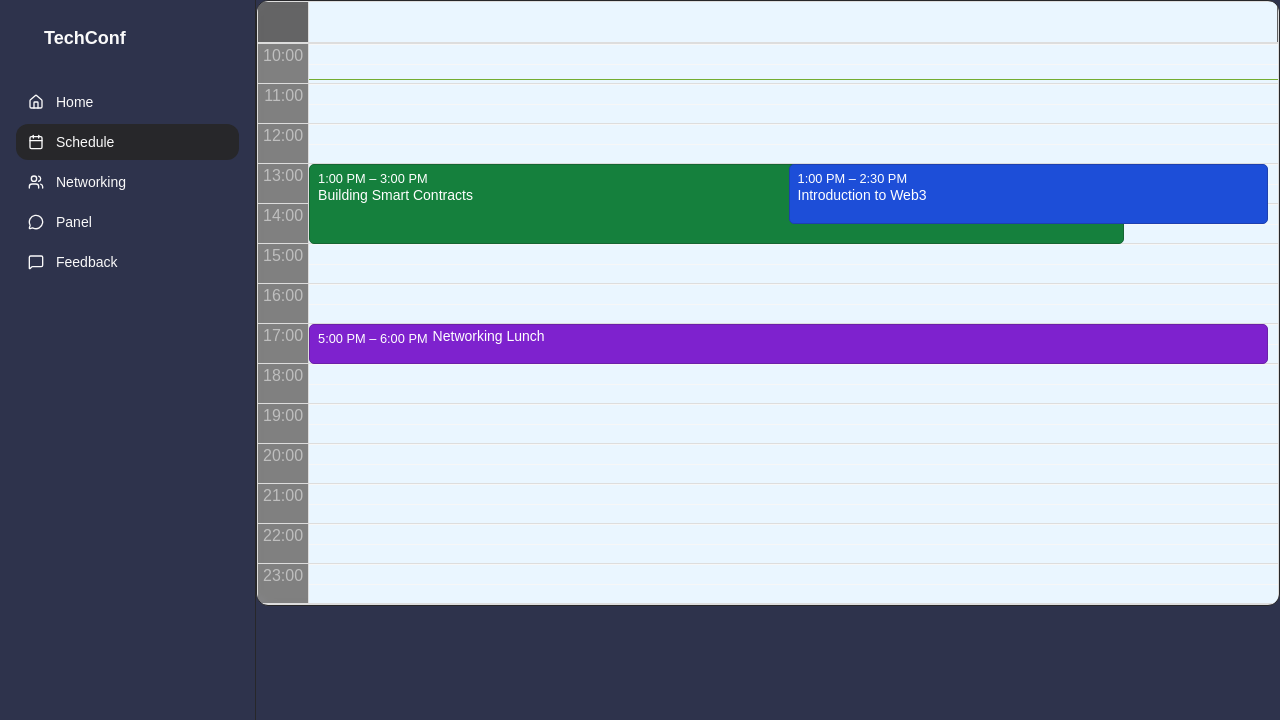
Repository: mrnavdal/symposium-2024
Page: /schedule (app in symposium24/)
An editor plug-in stored every save of this project. The page is shown before and after the next save, followed by the edit.
The browser window is 1280 px wide. The pictures show the whole page.
The project was rebuilt for these pictures with package versions that can differ from the ones it lists, and the page was loaded fresh each time. The framework's server and built-in components were replaced by stand-ins that run in the browser. Also part of the build but not shown: symposium24/next.config.ts.

Above is the page before, as saved 2024-11-08 14:59:08.

After the next save:
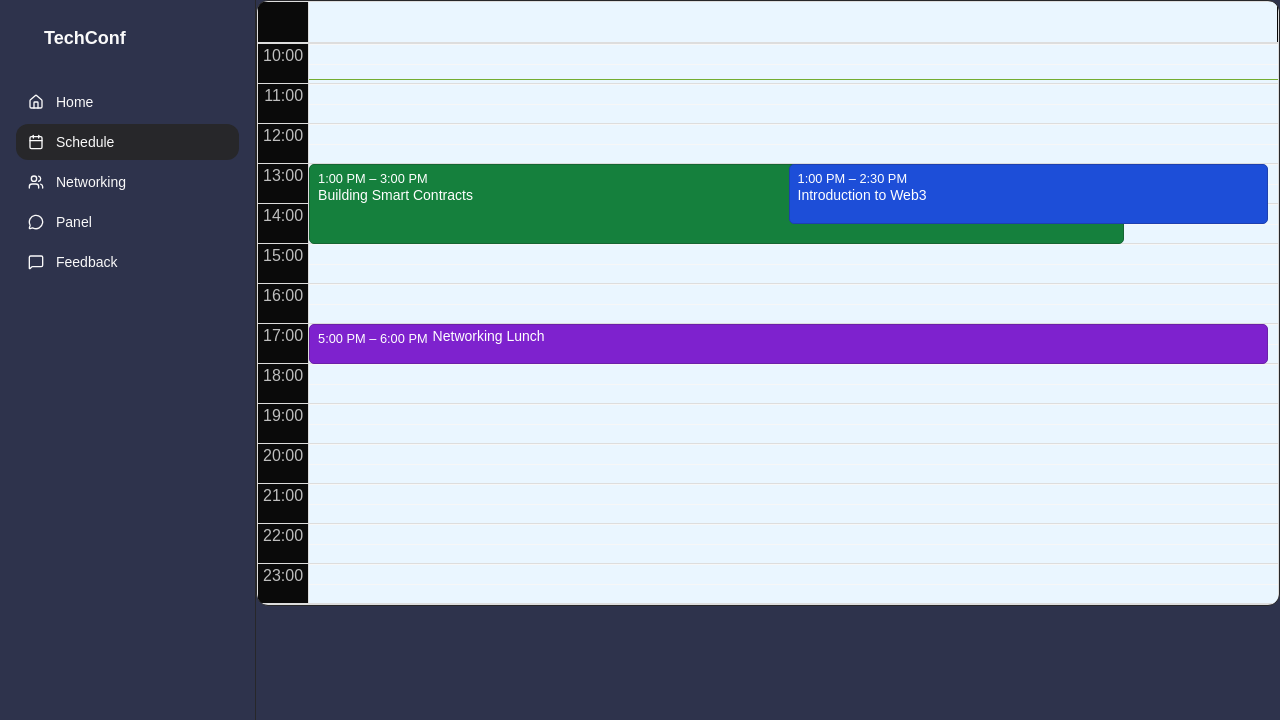
Saved 7 s later.
--- a/symposium24/src/components/Calendar.tsx
+++ b/symposium24/src/components/Calendar.tsx
@@ -6,6 +6,7 @@ import { CalendarEvent } from '@/types/event'
 import { cn } from '@/lib/utils'
 import { useTheme } from 'next-themes'
 import { useMemo } from 'react'
+import './Calendar.css'
 
 import 'react-big-calendar/lib/css/react-big-calendar.css'
 
